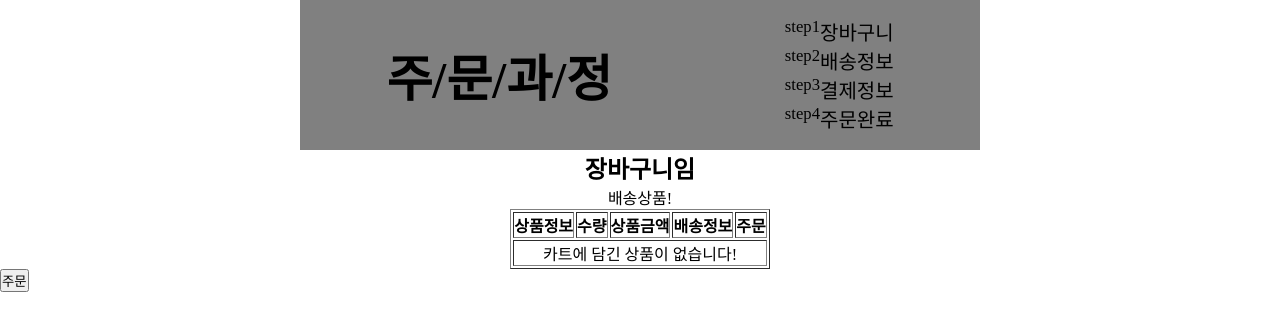
Repository: kym-1000/book
Page: http://localhost/book/WEB-INF/views/cart/cart1.jsp
These files come from the project's save history. The page is drawn as it stood at one moment and after the next save; the edit follows.
The browser window is 1280 px wide. The pictures show the whole page.
The page is served by Tomcat 9. Nobody is signed in. Other server files are loaded and not shown. The template is opened directly, without the code that normally fills it, so the values that code supplies are empty.

Above is the page before, as saved 2023-01-03 01:55:42.

### book/book/src/main/webapp/WEB-INF/views/cart/cart1.jsp
<%@ page language="java" contentType="text/html; charset=UTF-8"
    pageEncoding="UTF-8"%>
<!DOCTYPE html>
<html>
<head>
<meta charset="UTF-8">
<title>Insert title here</title>
	<style type="text/css">

		*{
			margin: auto;
			padding: 0;
		}

		#cart{
			margin-left: 200px;
			margin-right: 200px;
			text-align: center;
			align-items : center;
		}



	</style>
</head>
<body>

	<jsp:include page="../cart/cartheader.jsp"></jsp:include>


	<h2 style="text-align: center;">장바구니임</h2>

	<div>
<form action="/cart/ShippingInformation?mn=1" method="post">
	<div id="cart">
		<table  border="1" id="table">
			<caption >
		      배송상품!
		    </caption>
			<thead>
		      <tr >
			      <th  colspan="3" scope="col" class="txt">상품정보</th>
			      <th  scope="col" >수량</th>
			      <th  scope="col" >상품금액</th>
			      <th  scope="col" >배송정보</th>
			      <th  scope="col" >주문</th>
		      </tr>
		     </thead>

		      <tbody>
			      <tr >
			      	<td  colspan="7" >
			      		<p  class="txt_tit">카트에 담긴 상품이 없습니다!</p>
			      	</td>
			      </tr>
		      </tbody>

		</table>
	</div>

	<button type="submit" id="btn" >주문</button>

</form>

</div>

</body>
</html>

### book/book/src/main/webapp/WEB-INF/views/cart/cartheader.jsp
<%@ page language="java" contentType="text/html; charset=UTF-8"
    pageEncoding="UTF-8"%>
<%@ taglib uri="http://java.sun.com/jsp/jstl/core" prefix="c" %>
<!DOCTYPE html>
<html>
<head>
<meta charset="UTF-8">
<title>Insert title here</title>
<style type="text/css">

	#pagetop{
		margin-left: 300px;
		margin-right: 300px;
	    background-color: grey;
	    font-size: 20px;
		height: 150px;
		display : flex;
	  	/* justify-content : center; */
	  	align-items : center;
	}

</style>
</head>
<body>


	<div id="pagetop">
		<h2 style="text-align: left; font-size: 50px">
			주/문/과/정
		</h2>
		<div style="text-align: right;">

		<c:choose >
		<c:when test="${msg eq 1}">
		<div style="color: red">
		<sup>step1</sup>장바구니
		</div>
		</c:when>
		<c:otherwise>
		<div>
		<sup>step1</sup>장바구니
		</div>
		</c:otherwise>
		</c:choose>

		<c:choose>
		<c:when test="${msg eq 2}">
		<div style="color: red">
		<sup>step2</sup>배송정보
		</div>
		</c:when>
		<c:otherwise>
		<div>
		<sup>step2</sup>배송정보
		</div>
		</c:otherwise>
		</c:choose>

		<c:choose>
		<c:when test="${msg eq 3}">
		<div style="color: red">
		<sup>step3</sup>결제정보
		</div>
		</c:when>
		<c:otherwise>
		<div>
		<sup>step3</sup>결제정보
		</div>
		</c:otherwise>
		</c:choose>

		<c:choose>
		<c:when test="${msg eq 4}">
		<div style="color: red">
		<sup>step4</sup>주문완료
		</div>
		</c:when>
		<c:otherwise>
		<div>
		<sup>step4</sup>주문완료
		</div>
		</c:otherwise>
		</c:choose>

		</div>
	</div>

</body>
</html>

After the next save:
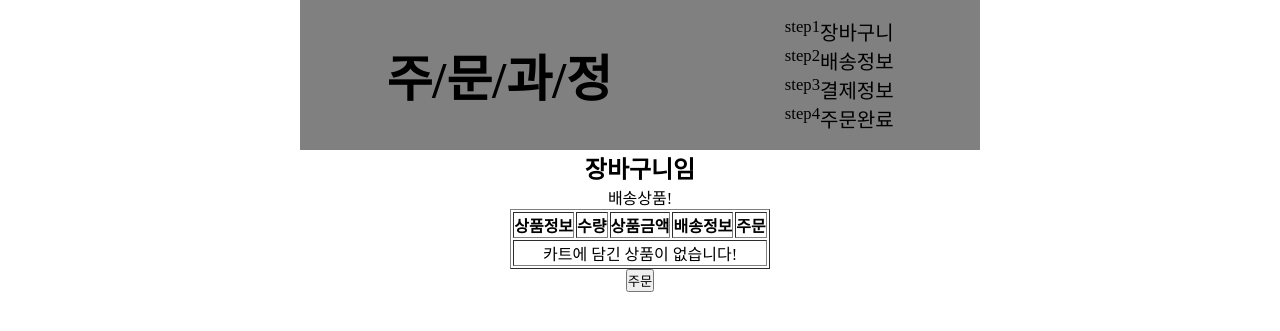
Saved 10 s later.
--- a/book/book/src/main/webapp/WEB-INF/views/cart/cart1.jsp
+++ b/book/book/src/main/webapp/WEB-INF/views/cart/cart1.jsp
@@ -30,7 +30,7 @@
 
 	<h2 style="text-align: center;">장바구니임</h2>
 
-	<div>
+	<div id="cart">
 <form action="/cart/ShippingInformation?mn=1" method="post">
 	<div id="cart">
 		<table  border="1" id="table">
